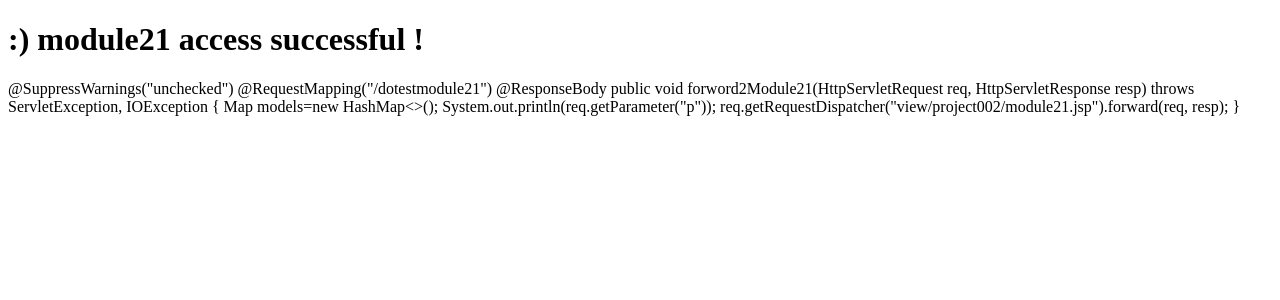
Repository: gao2951713/UsefulCompant
Page: http://localhost/subProject0002/src/META-INF/resources/view/project002/module21.jsp
These files come from the project's save history. The page is drawn as it stood at one moment and after the next save; the edit follows.
The browser window is 1280 px wide. The pictures show the whole page.
The page is served by Tomcat 9. Other server files are loaded and not shown.

Above is the page before, as saved 2015-05-11 16:30:58.

### subProject0002/src/META-INF/resources/view/project002/module21.jsp
<%@ page language="java" contentType="text/html; charset=UTF-8" pageEncoding="UTF-8"%>
<!DOCTYPE html>
<html lang="zh-cn">
	<head>
		<title>this is a test page for sub module</title>
	</head>
	<body>
	<h1> :) module21 access successful !</h1>
	<p>@SuppressWarnings("unchecked")
	@RequestMapping("/dotestmodule21")
	@ResponseBody
	public void forword2Module21(HttpServletRequest req, HttpServletResponse resp)
			throws ServletException, IOException {
		Map models=new HashMap<>();
		System.out.println(req.getParameter("p"));
		 req.getRequestDispatcher("view/project002/module21.jsp").forward(req, resp);
	}
	</p>
	</body>
</html>

After the next save:
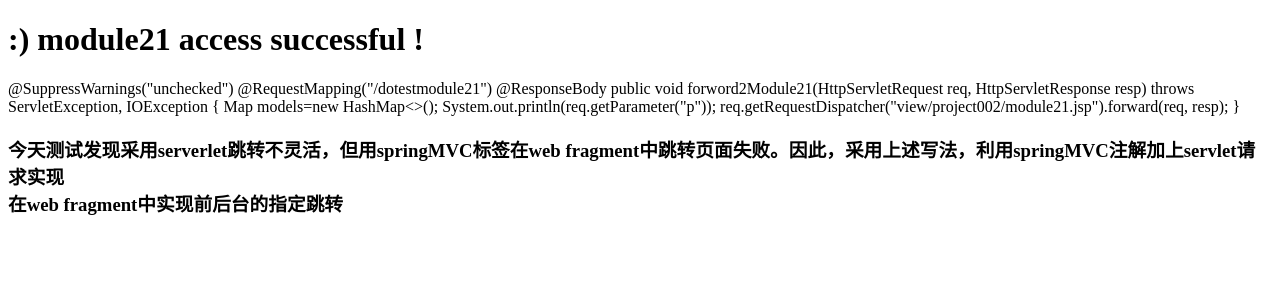
Saved 4 min 6 s later.
--- a/subProject0002/src/META-INF/resources/view/project002/module21.jsp
+++ b/subProject0002/src/META-INF/resources/view/project002/module21.jsp
@@ -16,5 +16,7 @@
 		 req.getRequestDispatcher("view/project002/module21.jsp").forward(req, resp);
 	}
 	</p>
+	<h3>今天测试发现采用serverlet跳转不灵活，但用springMVC标签在web fragment中跳转页面失败。因此，采用上述写法，利用springMVC注解加上servlet请求实现<br>
+	在web fragment中实现前后台的指定跳转</h3>
 	</body>
 </html>
